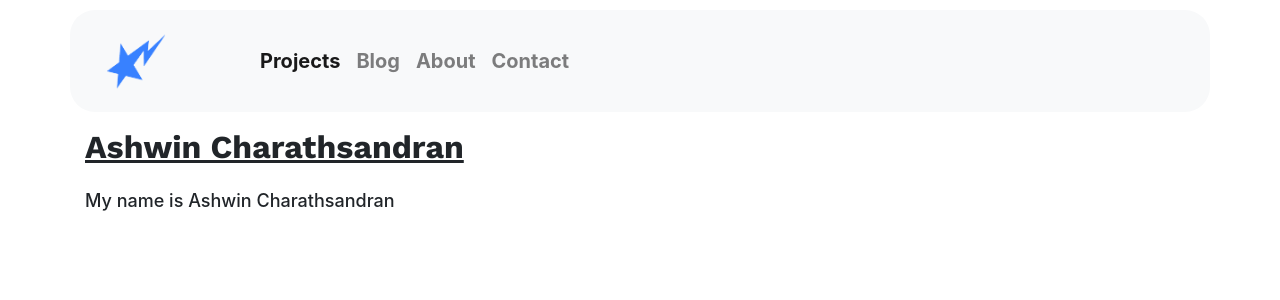
Repository: xxiz/ashwin.lol_flask
Page: http://localhost/
An editor plug-in stored every save of this project. The page is shown before and after a run of saves, followed by the edit.
The browser window is 1280 px wide. The pictures show the whole page.
The page is served by the project's application, run on Flask 3 (app.py).

Above is the page before, as saved 2021-08-29 20:15:55.

After the next 2 saves:
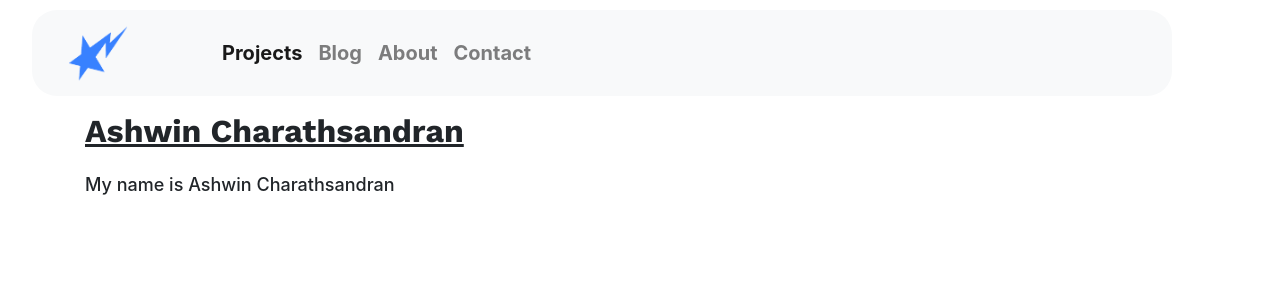
The 2 saves are shown as one change because they came seconds apart.
The last was saved 16 s later.
--- a/static/app.css
+++ b/static/app.css
@@ -56,7 +56,7 @@ nav a {
     font-weight: 700;
 }
 .one-em {
-    padding: 1em;
+    margin-left: 2em; margin-right: 2em;
 }
 
 
